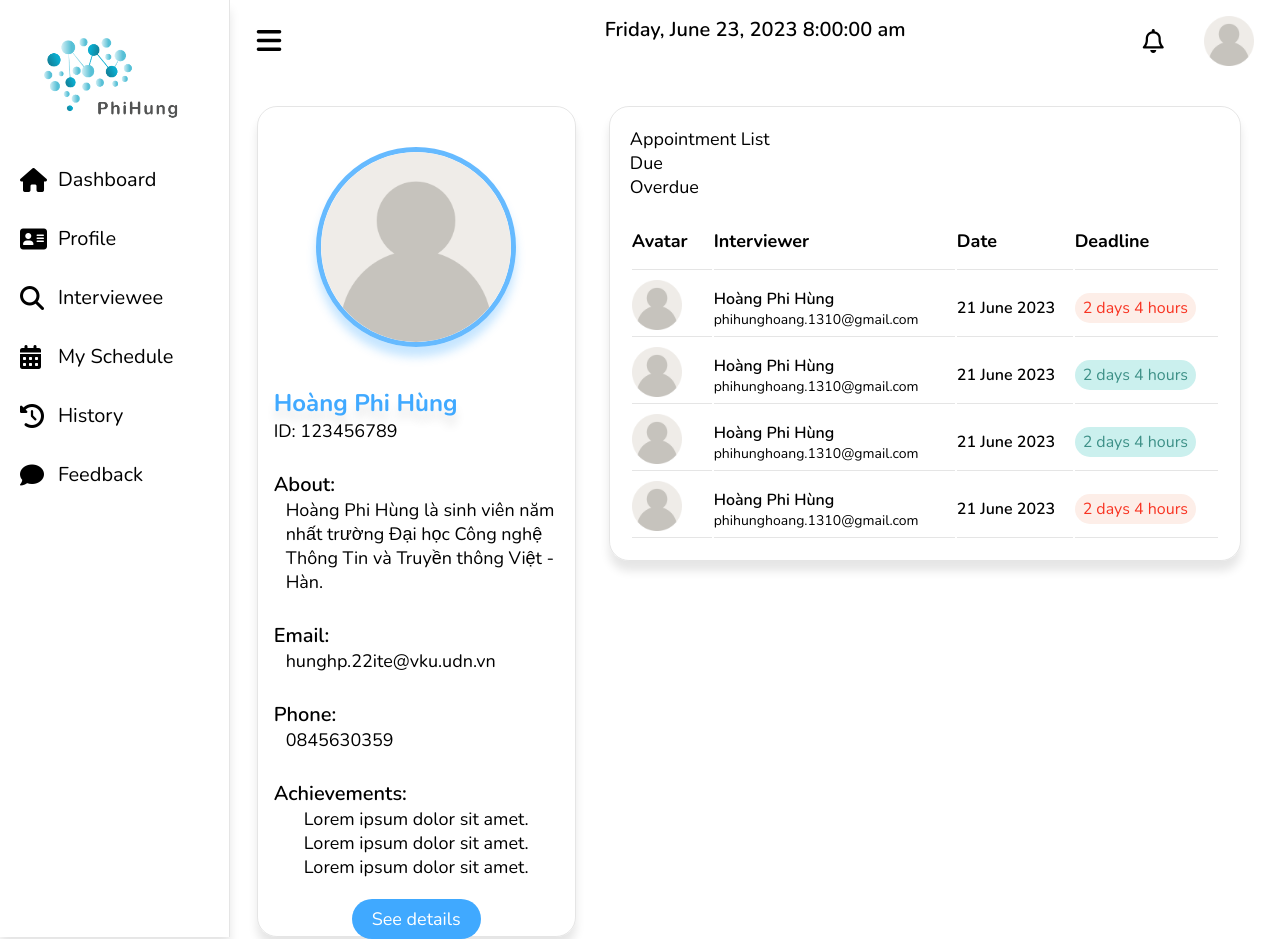
Repository: hphihungit/InterviewService
Page: interviewee.html
The author's editor kept a copy of each file at every save. The page is drawn from the files as they stood at one save, then again after the next save.
The browser window is 1280 px wide. The pictures show the whole page.

Above is the page before, as saved 2023-06-01 01:11:06.

### interviewee.html
<!DOCTYPE html>
<html lang="en">
<head>
    <meta charset="UTF-8">
    <meta http-equiv="X-UA-Compatible" content="IE=edge">
    <meta name="viewport" content="width=device-width, initial-scale=1.0">
    <title>Document</title>
    <link rel="stylesheet" href="assets/css/grid.css">
    <link rel="stylesheet" href="assets/css/base.css">
    <link rel="stylesheet" href="https://cdnjs.cloudflare.com/ajax/libs/font-awesome/6.4.0/css/all.min.css" integrity="sha512-iecdLmaskl7CVkqkXNQ/ZH/XLlvWZOJyj7Yy7tcenmpD1ypASozpmT/E0iPtmFIB46ZmdtAc9eNBvH0H/ZpiBw==" crossorigin="anonymous" referrerpolicy="no-referrer"/>
    <link rel="preconnect" href="https://fonts.googleapis.com">
    <link rel="preconnect" href="https://fonts.gstatic.com" crossorigin>
    <link href="https://fonts.googleapis.com/css2?family=Nunito:wght@200;300;400;500;600;700;800;900;1000&display=swap" rel="stylesheet">
    <link rel="stylesheet" href="assets/css/interviewee.css">
</head>
<body>
    <div id="main">
        <div class="dashboard">
            <div class="dashboard__logo"></div>
            <ul class="dashboard__list">
                <li class="dashboard__item">
                    <a href="" class="icon__link">
                        <i class="fa-solid fa-house"></i>
                    </a>
                    <a href="" class="link">Dashboard</a>
                </li>
                <li class="dashboard__item">
                    <a href="" class="icon__link">
                        <i class="fa-solid fa-address-card"></i>
                    </a>
                    <a href="" class="link">Profile</a>
                </li>
                <li class="dashboard__item">
                    <a href="" class="icon__link">
                        <i class="fa-solid fa-magnifying-glass"></i>
                    </a>
                    <a href="" class="link">Interviewee</a>
                </li>
                <li class="dashboard__item">
                    <a href="" class="icon__link">
                        <i class="fa-solid fa-calendar-days"></i>
                    </a>
                    <a href="" class="link">My Schedule</a>
                </li>
                <li class="dashboard__item">
                    <a href="" class="icon__link">
                        <i class="fa-solid fa-clock-rotate-left"></i>
                    </a>
                    <a href="" class="link">History</a>
                </li>
                <li class="dashboard__item">
                    <a href="" class="icon__link">
                        <i class="fa-solid fa-comment"></i>
                    </a>
                    <a href="" class="link">Feedback</a>
                </li>
            </ul>
        </div>

        <div class="container">
            <div class="header">
                <div class="header__icon">
                    <label class="fa-solid fa-bars header__label"></label>
                </div>

                <div class="header__time">
                    Friday, June 23, 2023 8:00:00 am
                </div>

                <div class="header__news">
                    <label class="fa-regular fa-bell header__label--bell"></label>
                    <div class="header__avatar">
                        <img src="assets/img/user.png" alt="">
                    </div>
                </div>
            </div>

            <div class="about">
                <div class="cv">
                    <div class="cv__avatar">
                        <img src="assets/img/user.png" alt="">
                    </div>

                    <div class="cv__name">
                        <p class="cv__name--interviewee">Hoàng Phi Hùng</p>
                        <p class="cv__id">ID: 123456789</p>
                    </div>

                    <div class="cv__about">
                        <p class="cv__about--title">About: </p>
                        <p class="cv__about--content">
                            Hoàng Phi Hùng là sinh viên năm nhất trường Đại học Công nghệ Thông Tin và Truyền thông Việt - Hàn.
                        </p>
                    </div>

                    <div class="cv__email">
                        <p class="cv__email--title">Email: </p>
                        <p class="cv__email--content">hunghp.22ite@vku.udn.vn</p>
                    </div>

                    <div class="cv__phone">
                        <p class="cv__phone--title">Phone: </p>
                        <p class="cv__phone--content">0845630359</p>
                    </div>

                    <div class="cv__info">
                        <p class="cv__info--title">Achievements: </p>
                        <ul class="cv__info--list">
                            <li class="cv__info--item">Lorem ipsum dolor sit amet.</li>
                            <li class="cv__info--item">Lorem ipsum dolor sit amet.</li>
                            <li class="cv__info--item">Lorem ipsum dolor sit amet.</li>
                        </ul>
                    </div>

                    <div class="cv__all">
                        <a href="" class="btn--cv--all">See details</a>
                    </div>
                </div>

                <div class="info">
                    <div class="appointment">
                        <div class="appointment__title">
                            Appointment List
                            <div class="note">
                                <div class="note__due">Due</div>
                                <div class="note__overdue">Overdue</div>
                            </div>
                        </div>

                        <table>
                            <thead>
                                <th>Avatar</th>
                                <th>Interviewer</th>
                                <th>Date</th>
                                <th>Deadline</th>
                            </thead>

                            <tbody>
                                <tr>
                                    <td>
                                        <img src="assets/img/user.png" alt="">
                                    </td>
                                    <td>
                                        <p class="name">Hoàng Phi Hùng</p>
                                        <p class="email">phihunghoang.1310@gmail.com</p>
                                    </td>
                                    <td>
                                        <span class="date">21 June 2023</span>
                                    </td>
                                    <td>
                                        <span class="overdue">2 days 4 hours</span>
                                    </td>
                                </tr>
                                <tr>
                                    <td>
                                        <img src="assets/img/user.png" alt="">
                                    </td>
                                    <td>
                                        <p class="name">Hoàng Phi Hùng</p>
                                        <p class="email">phihunghoang.1310@gmail.com</p>
                                    </td>
                                    <td>
                                        <span class="date">21 June 2023</span>
                                    </td>
                                    <td>
                                        <span class="due">2 days 4 hours</span>
                                    </td>
                                </tr>
                                <tr>
                                    <td>
                                        <img src="assets/img/user.png" alt="">
                                    </td>
                                    <td>
                                        <p class="name">Hoàng Phi Hùng</p>
                                        <p class="email">phihunghoang.1310@gmail.com</p>
                                    </td>
                                    <td>
                                        <span class="date">21 June 2023</span>
                                    </td>
                                    <td>
                                        <span class="due">2 days 4 hours</span>
                                    </td>
                                </tr>
                                <tr>
                                    <td>
                                        <img src="assets/img/user.png" alt="">
                                    </td>
                                    <td>
                                        <p class="name">Hoàng Phi Hùng</p>
                                        <p class="email">phihunghoang.1310@gmail.com</p>
                                    </td>
                                    <td>
                                        <span class="date">21 June 2023</span>
                                    </td>
                                    <td>
                                        <span class="overdue">2 days 4 hours</span>
                                    </td>
                                </tr>
                            </tbody>
                        </table>
                    </div>
                </div>
            </div>
        </div>
    </div>
</body>
</html>

### assets/css/grid.css
.grid {
    width: 90%;
    display: block;
    padding: 0;
    margin: 0 auto;
}

.row {
    display: flex;
    flex-wrap: wrap;
    margin-left: -4px;
    margin-right: -4px;
}

.row.no-gutters {
    margin-left: 0;
    margin-right: 0;
}

.col {
    padding-left: 4px;
    padding-right: 4px;
}

.row.no-gutters .col {
    padding-left: 0;
    padding-right: 0;
}

.c-0 {
    display: none;
}

.c-1 {
    flex: 0 0 8.33333%;
    max-width: 8.33333%;
}

.c-2 {
    flex: 0 0 16.66667%;
    max-width: 16.66667%;
}

.c-3 {
    flex: 0 0 25%;
    max-width: 25%;
}

.c-4 {
    flex: 0 0 33.33333%;
    max-width: 33.33333%;
}

.c-5 {
    flex: 0 0 41.66667%;
    max-width: 41.66667%;
}

.c-6 {
    flex: 0 0 50%;
    max-width: 50%;
}

.c-7 {
    flex: 0 0 58.33333%;
    max-width: 58.33333%;
}

.c-8 {
    flex: 0 0 66.66667%;
    max-width: 66.66667%;
}

.c-9 {
    flex: 0 0 75%;
    max-width: 75%;
}

.c-10 {
    flex: 0 0 83.33333%;
    max-width: 83.33333%;
}

.c-11 {
    flex: 0 0 91.66667%;
    max-width: 91.66667%;
}

.c-12 {
    flex: 0 0 100%;
    max-width: 100%;
}

.c-o-1 {
    margin-left: 8.33333%;
}

.c-o-2 {
    margin-left: 16.66667%;
}

.c-o-3 {
    margin-left: 25%;
}

.c-o-4 {
    margin-left: 33.33333%;
}

.c-o-5 {
    margin-left: 41.66667%;
}

.c-o-6 {
    margin-left: 50%;
}

.c-o-7 {
    margin-left: 58.33333%;
}

.c-o-8 {
    margin-left: 66.66667%;
}

.c-o-9 {
    margin-left: 75%;
}

.c-o-10 {
    margin-left: 83.33333%;
}

.c-o-11 {
    margin-left: 91.66667%;
}

/* >= Tablet */
@media (min-width: 740px) {
    .row {
        margin-left: -8px;
        margin-right: -8px;
    }

    .col {
        padding-left: 8px;
        padding-right: 8px;
    }

    .m-0 {
        display: none;
    }

    .m-1,
    .m-2,
    .m-3,
    .m-4,
    .m-5,
    .m-6,
    .m-7,
    .m-8,
    .m-9,
    .m-10,
    .m-11,
    .m-12 {
        display: block;
    }

    .m-1 {
        flex: 0 0 8.33333%;
        max-width: 8.33333%;
    }

    .m-2 {
        flex: 0 0 16.66667%;
        max-width: 16.66667%;
    }

    .m-3 {
        flex: 0 0 25%;
        max-width: 25%;
    }

    .m-4 {
        flex: 0 0 33.33333%;
        max-width: 33.33333%;
    }

    .m-5 {
        flex: 0 0 41.66667%;
        max-width: 41.66667%;
    }

    .m-6 {
        flex: 0 0 50%;
        max-width: 50%;
    }

    .m-7 {
        flex: 0 0 58.33333%;
        max-width: 58.33333%;
    }

    .m-8 {
        flex: 0 0 66.66667%;
        max-width: 66.66667%;
    }

    .m-9 {
        flex: 0 0 75%;
        max-width: 75%;
    }

    .m-10 {
        flex: 0 0 83.33333%;
        max-width: 83.33333%;
    }

    .m-11 {
        flex: 0 0 91.66667%;
        max-width: 91.66667%;
    }

    .m-12 {
        flex: 0 0 100%;
        max-width: 100%;
    }

    .m-o-1 {
        margin-left: 8.33333%;
    }

    .m-o-2 {
        margin-left: 16.66667%;
    }

    .m-o-3 {
        margin-left: 25%;
    }

    .m-o-4 {
        margin-left: 33.33333%;
    }

    .m-o-5 {
        margin-left: 41.66667%;
    }

    .m-o-6 {
        margin-left: 50%;
    }

    .m-o-7 {
        margin-left: 58.33333%;
    }

    .m-o-8 {
        margin-left: 66.66667%;
    }

    .m-o-9 {
        margin-left: 75%;
    }

    .m-o-10 {
        margin-left: 83.33333%;
    }

    .m-o-11 {
        margin-left: 91.66667%;
    }
}

/* PC medium resolution > */
@media (min-width: 1113px) {
    .row {
        margin-left: -12px;
        margin-right: -12px;
    }

    .row.sm-gutter {
        margin-left: -5px;
        margin-right: -5px;
    }

    .col {
        padding-left: 12px;
        padding-right: 12px;
    }

    .row.sm-gutter .col {
        padding-left: 5px;
        padding-right: 5px;
    }

    .l-0 {
        display: none;
    }

    .l-1,
    .l-2,
    .l-2-4,
    .l-3,
    .l-4,
    .l-5,
    .l-6,
    .l-7,
    .l-8,
    .l-9,
    .l-10,
    .l-11,
    .l-12 {
        display: block;
    }

    .l-1 {
        flex: 0 0 8.33333%;
        max-width: 8.33333%;
    }

    .l-2 {
        flex: 0 0 16.66667%;
        max-width: 16.66667%;
    }

    .l-2-4 {
        flex: 0 0 20%;
        max-width: 20%;
    }

    .l-3 {
        flex: 0 0 25%;
        max-width: 25%;
    }

    .l-4 {
        flex: 0 0 33.33333%;
        max-width: 33.33333%;
    }

    .l-5 {
        flex: 0 0 41.66667%;
        max-width: 41.66667%;
    }

    .l-6 {
        flex: 0 0 50%;
        max-width: 50%;
    }

    .l-7 {
        flex: 0 0 58.33333%;
        max-width: 58.33333%;
    }

    .l-8 {
        flex: 0 0 66.66667%;
        max-width: 66.66667%;
    }

    .l-9 {
        flex: 0 0 75%;
        max-width: 75%;
    }

    .l-10 {
        flex: 0 0 83.33333%;
        max-width: 83.33333%;
    }

    .l-11 {
        flex: 0 0 91.66667%;
        max-width: 91.66667%;
    }

    .l-12 {
        flex: 0 0 100%;
        max-width: 100%;
    }

    .l-o-1 {
        margin-left: 8.33333%;
    }

    .l-o-2 {
        margin-left: 16.66667%;
    }

    .l-o-3 {
        margin-left: 25%;
    }

    .l-o-4 {
        margin-left: 33.33333%;
    }

    .l-o-5 {
        margin-left: 41.66667%;
    }

    .l-o-6 {
        margin-left: 50%;
    }

    .l-o-7 {
        margin-left: 58.33333%;
    }

    .l-o-8 {
        margin-left: 66.66667%;
    }

    .l-o-9 {
        margin-left: 75%;
    }

    .l-o-10 {
        margin-left: 83.33333%;
    }

    .l-o-11 {
        margin-left: 91.66667%;
    }
}

/* Tablet - PC low resolution */
@media (min-width: 740px) and (max-width: 1023px) {
    .wide {
        width: 644px;
    }
}

/* > PC low resolution */
@media (min-width: 1024px) and (max-width: 1239px) {
    .wide {
        width: 984px;
    }

    .wide .row {
        margin-left: -12px;
        margin-right: -12px;
    }

    .wide .row.sm-gutter {
        margin-left: -5px;
        margin-right: -5px;
    }

    .wide .col {
        padding-left: 12px;
        padding-right: 12px;
    }

    .wide .row.sm-gutter .col {
        padding-left: 5px;
        padding-right: 5px;
    }

    .wide .l-0 {
        display: none;
    }

    .wide .l-1,
    .wide .l-2,
    .wide .l-2-4,
    .wide .l-3,
    .wide .l-4,
    .wide .l-5,
    .wide .l-6,
    .wide .l-7,
    .wide .l-8,
    .wide .l-9,
    .wide .l-10,
    .wide .l-11,
    .wide .l-12 {
        display: block;
    }

    .wide .l-1 {
        flex: 0 0 8.33333%;
        max-width: 8.33333%;
    }

    .wide .l-2 {
        flex: 0 0 16.66667%;
        max-width: 16.66667%;
    }

    .wide .l-2-4 {
        flex: 0 0 20%;
        max-width: 20%;
    }

    .wide .l-3 {
        flex: 0 0 25%;
        max-width: 25%;
    }

    .wide .l-4 {
        flex: 0 0 33.33333%;
        max-width: 33.33333%;
    }

    .wide .l-5 {
        flex: 0 0 41.66667%;
        max-width: 41.66667%;
    }

    .wide .l-6 {
        flex: 0 0 50%;
        max-width: 50%;
    }

    .wide .l-7 {
        flex: 0 0 58.33333%;
        max-width: 58.33333%;
    }

    .wide .l-8 {
        flex: 0 0 66.66667%;
        max-width: 66.66667%;
    }

    .wide .l-9 {
        flex: 0 0 75%;
        max-width: 75%;
    }

    .wide .l-10 {
        flex: 0 0 83.33333%;
        max-width: 83.33333%;
    }

    .wide .l-11 {
        flex: 0 0 91.66667%;
        max-width: 91.66667%;
    }

    .wide .l-12 {
        flex: 0 0 100%;
        max-width: 100%;
    }

    .wide .l-o-1 {
        margin-left: 8.33333%;
    }

    .wide .l-o-2 {
        margin-left: 16.66667%;
    }

    .wide .l-o-3 {
        margin-left: 25%;
    }

    .wide .l-o-4 {
        margin-left: 33.33333%;
    }

    .wide .l-o-5 {
        margin-left: 41.66667%;
    }

    .wide .l-o-6 {
        margin-left: 50%;
    }

    .wide .l-o-7 {
        margin-left: 58.33333%;
    }

    .wide .l-o-8 {
        margin-left: 66.66667%;
    }

    .wide .l-o-9 {
        margin-left: 75%;
    }

    .wide .l-o-10 {
        margin-left: 83.33333%;
    }

    .wide .l-o-11 {
        margin-left: 91.66667%;
    }
}

### assets/css/base.css
:root {
    --white-color: #fff;
    --black-color: #000;
    --blue-color : #40a9ff;
    --text-color: #8f8f8f;
    --scale: 1px;
}

* {
    padding: 0;
    margin: 0;
    box-sizing: border-box;
    text-decoration: none;
    list-style-type: none;
}

html, body {
    font-size: 18px;
    font-family: 'Nunito', sans-serif;
    scroll-behavior: smooth;
}

### assets/css/interviewee.css
#main {
    width: 100%;
    display: flex;
}

.dashboard {
    width: 18%;
    min-height: 0;
    border-right: 1px solid rgba(0, 0, 0, 0.1);
    box-shadow: 0 10px 10px rgba(0, 0, 0, 0.1);
}

.dashboard__logo {
    width: 100%;
    height: 150px;
    background-image: url('../img/logo.png');
    background-repeat: no-repeat;
    background-size: 50%;
    background-size: 62%;
    background-position: 50% 85%;
}

.dashboard__list {
    width: 100%;
}

.dashboard__item {
    border-radius: 25px 0 0 25px;
    display: flex;
    width: 100%;
    padding: 0px 20px;
}

.dashboard__item:hover {
    background-color: var(--blue-color);
}

.dashboard__item:hover .link,
.dashboard__item:hover .icon__link {
    color: #fff;
}

.icon__link {
    display: flex;
    align-items: center;
    width: 20%;
    font-size: 24px;
    color: #000;
}

.link {
    display: inline-block;
    width: 80%;
    font-size: 20px;
    padding: 16px 0px;
    color: #000;
}

.container {
    width: 82%;
}

.header {
    width: 95%;
    margin: 0 auto;
    display: flex;
    justify-content: space-between;
    margin-top: 16px;
}

.header__icon {
    width: 32%;
    display: flex;
    justify-content: space-between;
    align-items: center;
}

.header__label {
    font-size: 28px;
}

.header__time {
    width: 32%;
    text-align: center;
    font-size: 20px;
    font-weight: 600;
}

.header__news {
    width: 32%;
    display: flex;
    justify-content: flex-end;
    align-items: center;
}

.header__label--bell {
    font-size: 24px;
    position: relative;
    padding-right: 40px;
}

.header__avatar {
    display: flex;
    justify-content: flex-end;
    align-items: center;
}

.header__avatar img {
    width: 50px;
    height: 50px;
}

.about {
    display: flex;
    justify-content: space-between;
    width: 95%;
    margin: 0 auto;
    margin-top: 40px;
}

.cv {
    width: 32%;
    max-height: 831px;
    border: 1px solid rgba(0, 0, 0, 0.1);
    border-radius: 20px;
    box-shadow: 0 10px 10px rgba(0, 0, 0, 0.1);
    padding: 0px 16px;
}

.cv__avatar {
    width: 100%;
    display: flex;
    justify-content: center;
    align-items: center;
    padding: 20px 0px;
    padding-top: 40px;
}

.cv__avatar img {
    width: 200px;
    height: 200px;
    border: 5px solid rgba(64, 169, 255, 0.8);
    border-radius: 50%;
    box-shadow: 0 10px 10px rgba(64, 169, 255, 0.3);;
}

.cv__name,
.cv__about,
.cv__email,
.cv__phone,
.cv__info {
    width: 100%;
    margin-top: 20px;
    margin-bottom: 28px;
}

.cv__name--interviewee {
    font-size: 24px;
    font-weight: 700;
    text-shadow: 0 10px 10px rgba(0, 0, 0, 0.1);
    color: var(--blue-color);
}

.cv__about--title,
.cv__email--title,
.cv__phone--title,
.cv__info--title {
    font-size: 20px;
    font-weight: 600;
}

.cv__about--content,
.cv__email--content,
.cv__phone--content {
    padding-left: 12px;
}

.cv__info--item {
    text-align: center;
}

.cv__all {
    width: 90%;
    margin: 0 auto;
    margin-bottom: 20px;
    text-align: center;
}

.btn--cv--all {
    padding: 8px 20px;
    border-radius: 20px;
    background-color: var(--blue-color);
    color: #fff;
}

.btn--cv--all:hover {
    opacity: 0.8;
}

.info {
    width: 66%;
}

.appointment {
    width: 96%;
    margin: 0 auto;
    border: 1px solid rgba(0, 0, 0, 0.1);
    box-shadow: 0 10px 10px rgba(0, 0, 0, 0.1);
    border-radius: 20px;
    padding: 20px;
}

table {
    width: 100%;
    margin-top: 28px;
}

th {
    text-align: left;
    padding-right: 12px;
    padding-bottom: 16px;
    border-bottom: 1px solid rgba(0, 0, 0, 0.1);
}

td {
    padding-top: 8px;
    font-size: 16px;
    border-bottom: 1px solid rgba(0, 0, 0, 0.1);
}

td img {
    width: 50px;
    height: 50px;
}

.date,
.name {
    font-weight: 600;
}

.email {
    font-size: 14px;
}

.due {
    background-color: #cbf0ee;
    color: #3d9087;
    padding: 4px 8px;
    border-radius: 20px;
}

.overdue {
    background-color: #fdeee8;
    color: #f83422;
    padding: 4px 8px;
    border-radius: 20px;
}

After the next save:
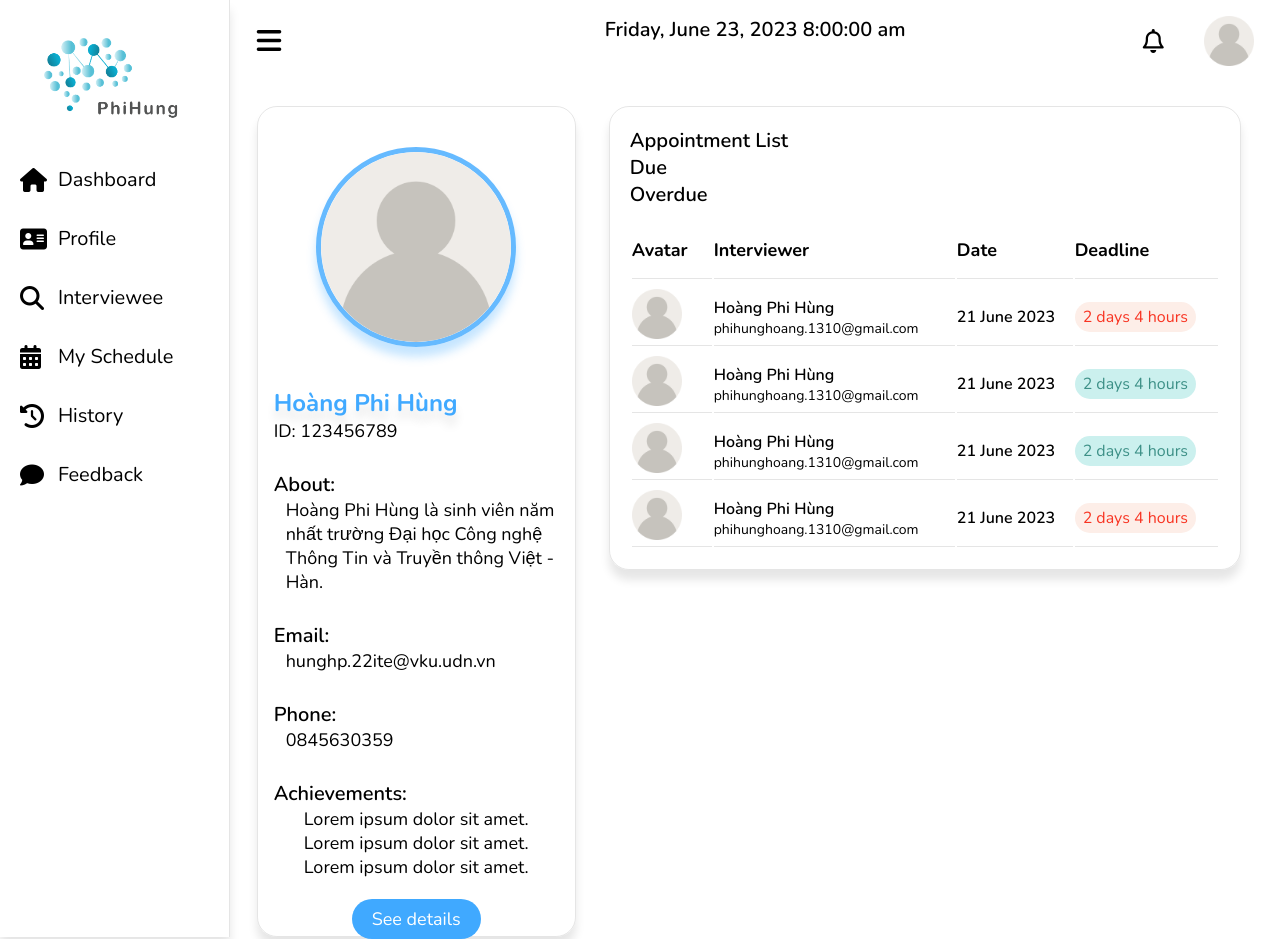
Saved 24 s later.
--- a/assets/css/interviewee.css
+++ b/assets/css/interviewee.css
@@ -210,6 +210,11 @@
     padding: 20px;
 }
 
+.appointment__title {
+    font-size: 20px;
+    font-weight: 600;
+}
+
 table {
     width: 100%;
     margin-top: 28px;
